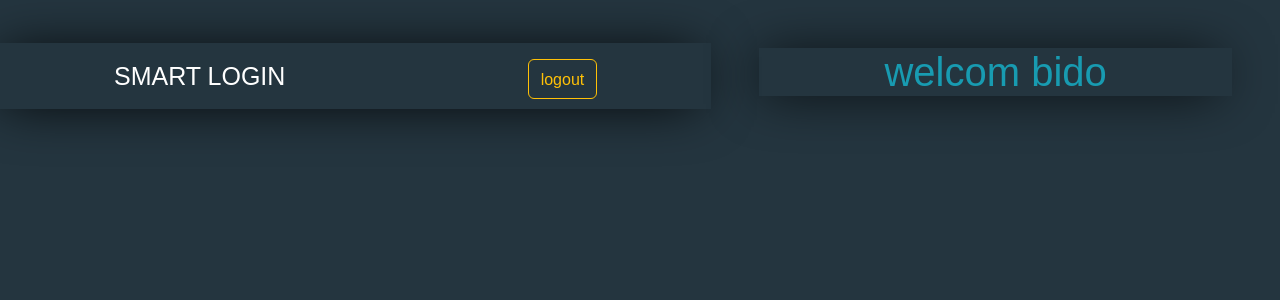
Repository: bodajava/TASK-4
Page: theerdIndex.html
These files come from the project's save history. The page is drawn as it stood at one moment and after the next save; the edit follows.
The browser window is 1280 px wide. The pictures show the whole page.

Above is the page before, as saved 2025-06-18 20:09:41.

After the next save:
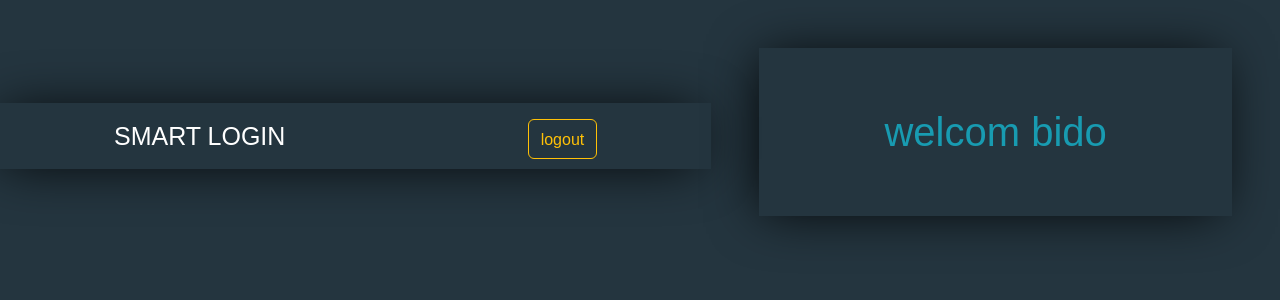
Saved 49 s later.
--- a/CSS/style.css
+++ b/CSS/style.css
@@ -111,4 +111,8 @@ ul li {
 
 #userName {
   box-shadow: -5px 2px 54px -9px rgba(0, 0, 0, 1);
+  padding-left: 60px;
+  padding-right: 60px;
+  padding-bottom: 60px;
+  padding-top: 60px;
 }
